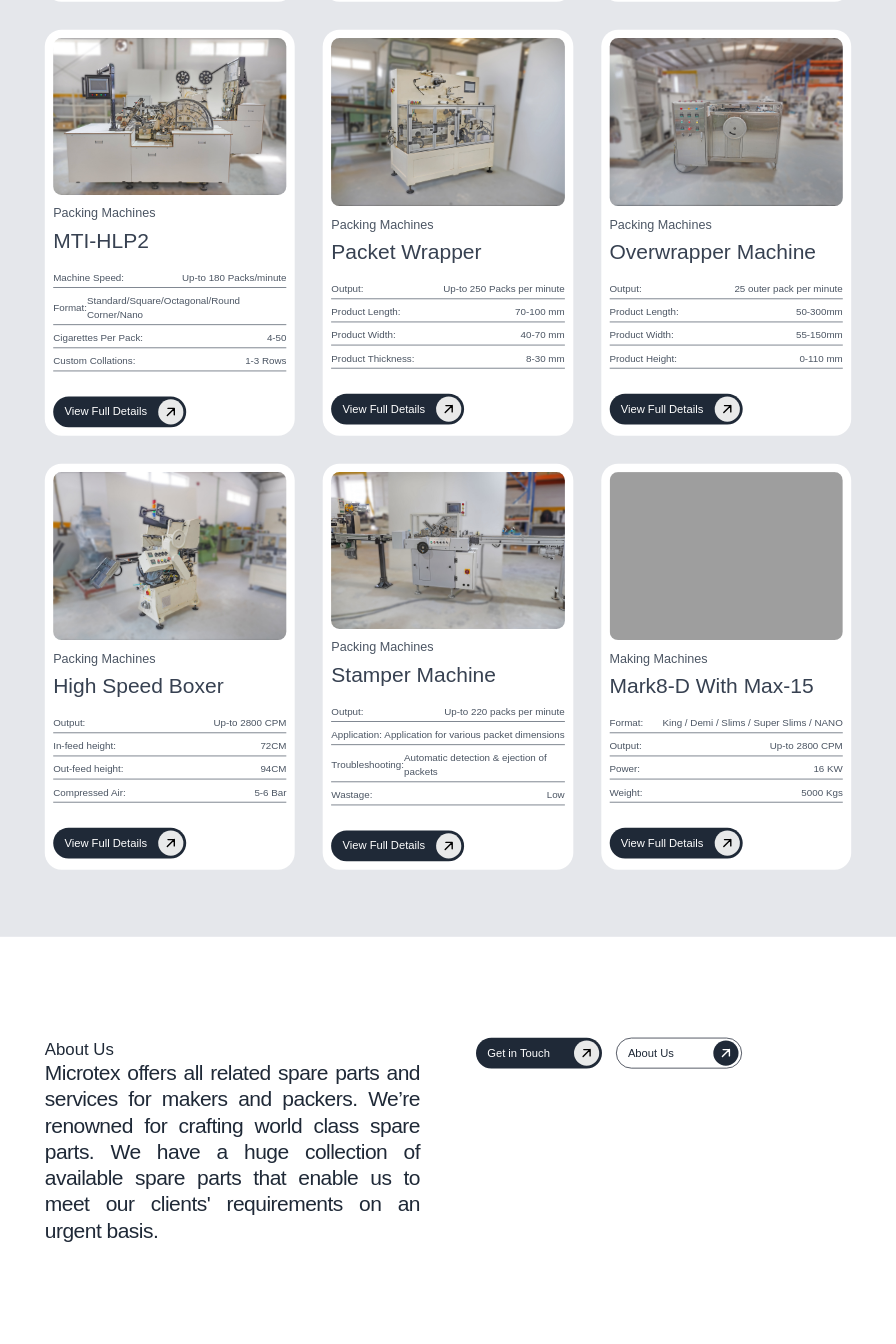
Repository: vespersolutionspk18/microtexwebsite
Page: /
An editor plug-in stored every save of this project. The page is shown before and after the next save, followed by the edit.
The browser window is 1280 px wide. The pictures show the part of the page from y = 2909 to 4829 px (the page is 4829 px tall), at 70% of full size.
Pictures or frames that could not be fetched are drawn as grey boxes. Some web fonts or font styles are not loaded; a fallback is used. The project was rebuilt for these pictures with package versions that can differ from the ones it lists, and the page was loaded fresh each time. The framework's server and built-in components were replaced by stand-ins that run in the browser. Also part of the build but not shown: next.config.mjs.

Above is the page before, as saved 2024-11-18 23:53:14.

After the next save:
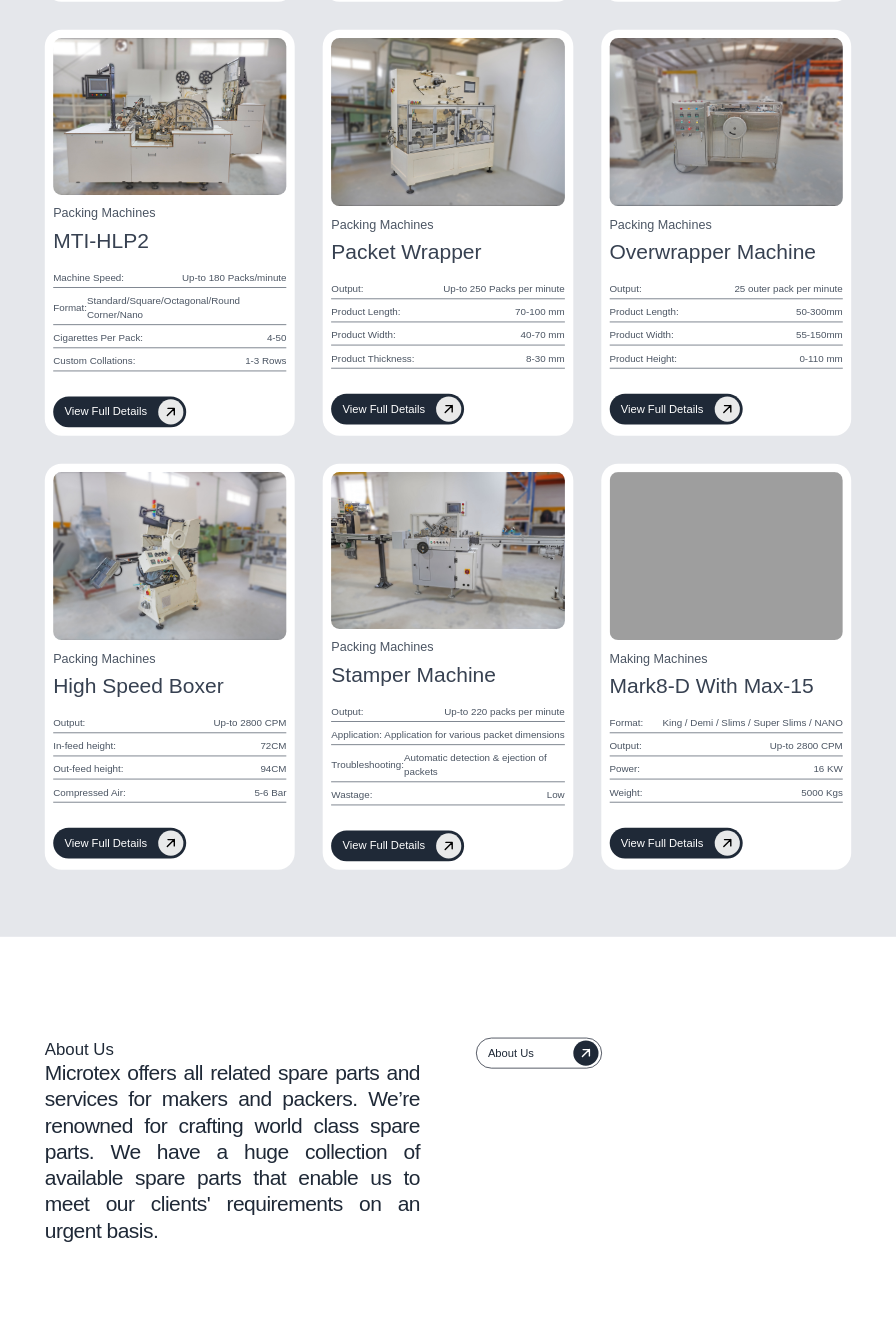
Saved 14 s later.
--- a/app/AboutUsSection.tsx
+++ b/app/AboutUsSection.tsx
@@ -11,15 +11,7 @@ const AboutUsSection = () => {
         <div className="md:w-[50%] pt-20 flex flex-col gap-10">
 
             <div className="flex flex-row gap-5">
-                <div id="button"
-  className="group  bg-gray-800 h-[44px] flex-row  text-white text-[16px] py-1 px-1 font-light rounded-full hidden md:flex items-center justify-between w-[180px] transition-width duration-500 ease-in-out  hover:w-[205px] hover:bg-mcred"
 
->
-  <div className="mx-3">Get in Touch</div>
-  <div className="bg-[#E8E9E9] rounded-full h-[36px] w-[36px] flex items-center justify-center transition-transform duration-500 ease-in-out group-hover:rotate-45">
-    <ButtonArrow className="h-[24px] w-[24px]" />
-  </div>
-                </div>
 
                 <div id="button"
   className="group border-gray-900 border-[1px] bg-white h-[44px] flex-row  text-gray-800 text-[16px] py-1 px-1 font-light rounded-full hidden md:flex items-center justify-between w-[180px] transition-width duration-500 ease-in-out  hover:w-[205px] "
